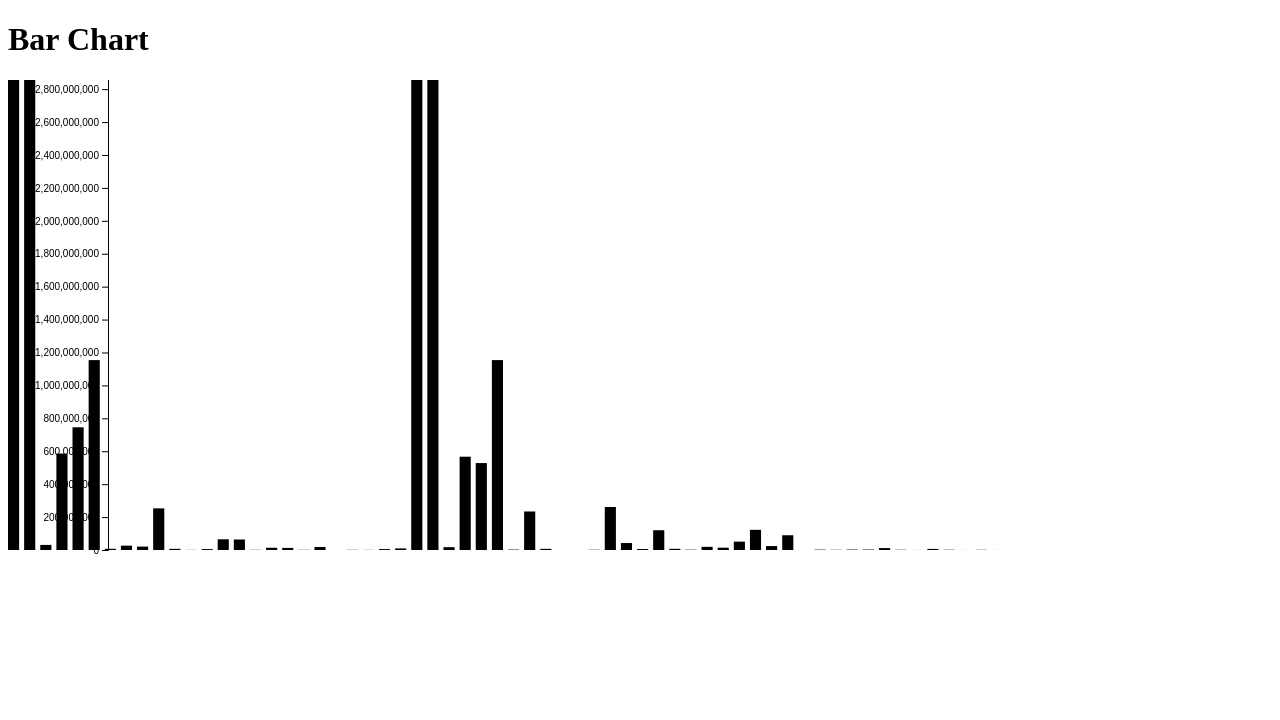
Repository: komalharjani/d3js-visualisation
Page: index.html
An editor plug-in stored every save of this project. The page is shown before and after the next save, followed by the edit.
The browser window is 1280 px wide. The pictures show the whole page.

Above is the page before, as saved 2020-04-29 18:28:13.

### index.html
<!DOCTYPE html>
<html lang="en">
<head>
    <meta charset="UTF-8">
    <meta name="viewport" content="width=device-width, initial-scale=1.0">
    <title>Information Visualisation Practical 3</title>
</head>
<body>
    <div id="barChart"></div>
    <h1>Bar Chart</h1>

</body>
<script src="https://d3js.org/d3.v5.min.js"></script>
<script src="index.js"></script>
</html>

### index.js

let dataPath = "data/energy.csv";
d3.csv(dataPath)
        .then(function (data) {

                let finals = [];

                //Filter Data into new object
                for (let i = 0; i < data.length; i++) {
                        if (data[i].region == "Combined" && data[i].year == 1990) {
                                finals.push({
                                        amount: parseInt(data[i].amount),
                                        type: data[i].type,
                                })
                        }
                }
                console.log(finals);

                let width = 1000;
                let height = 500;
                let margin = {
                        top: 20,
                        right: 20,
                        bottom: 20,
                        left: 50
                };
                let barwidth = (width / finals.length);

                //Append to HTML Document
                let svg = d3.select("body")
                        .append("svg")
                        .attr("height", height)
                        .attr("width", width);

                //Scales
                let xscale = d3.scaleLinear()
                        .domain([0, d3.max(finals, d => d.amount)])
                        .range([0, width]);

                let yscale = d3.scaleLinear()
                        .domain([0, d3.max(finals, d => d.amount)])
                        .range([height, 0]);

                // text scales
                // let yscale = d3.scaleBand()
                // .domain(data.map(d => d.type))
                // .range(0, width);

                //Axis

                let y_axis = d3.axisLeft()
                        .scale(yscale);

                svg.append("g")
                        .attr("transform", "translate(100,-30)")
                        .call(y_axis)


                //X Axis
                // let x_axis = d3.axisBottom()
                //         .scale(xscale);
                // let xAxisTranslate = height - 30;
                // svg.append("g")
                //         .attr("transform", "translate(100, " + xAxisTranslate + ")")
                //         .call(x_axis)

                //Barchart
                svg.selectAll("body") //add rectangles to all data
                        .data(finals) //provide finals as dataset
                        .enter()
                        .append("rect")
                        .attr("y", function (d) {
                                return height - xscale(d.amount);
                        })
                        .attr("height", function (d) {
                                return xscale(d.amount);
                        })
                        .attr("width", barwidth - 5)
                        .attr("transform", function (d, i) {
                                let translate = [barwidth * i,-30];
                                return "translate(" + translate + ")";
                        })
                        .attr("fill", 'black');

                // Barchart Text
                // let text = svg.selectAll("text")
                //         .data(finals)
                //         .enter()
                //         .append("text")
                //         .text(function (d) {
                //                 return d.amount;
                //         })
                //         .attr("y", function (d, i) {
                //                 return height - xscale(d.amount) - 2;
                //         })
                //         .attr("x", function (d, i) {
                //                 return barwidth * i - 30;
                //         })

        });

After the next save:
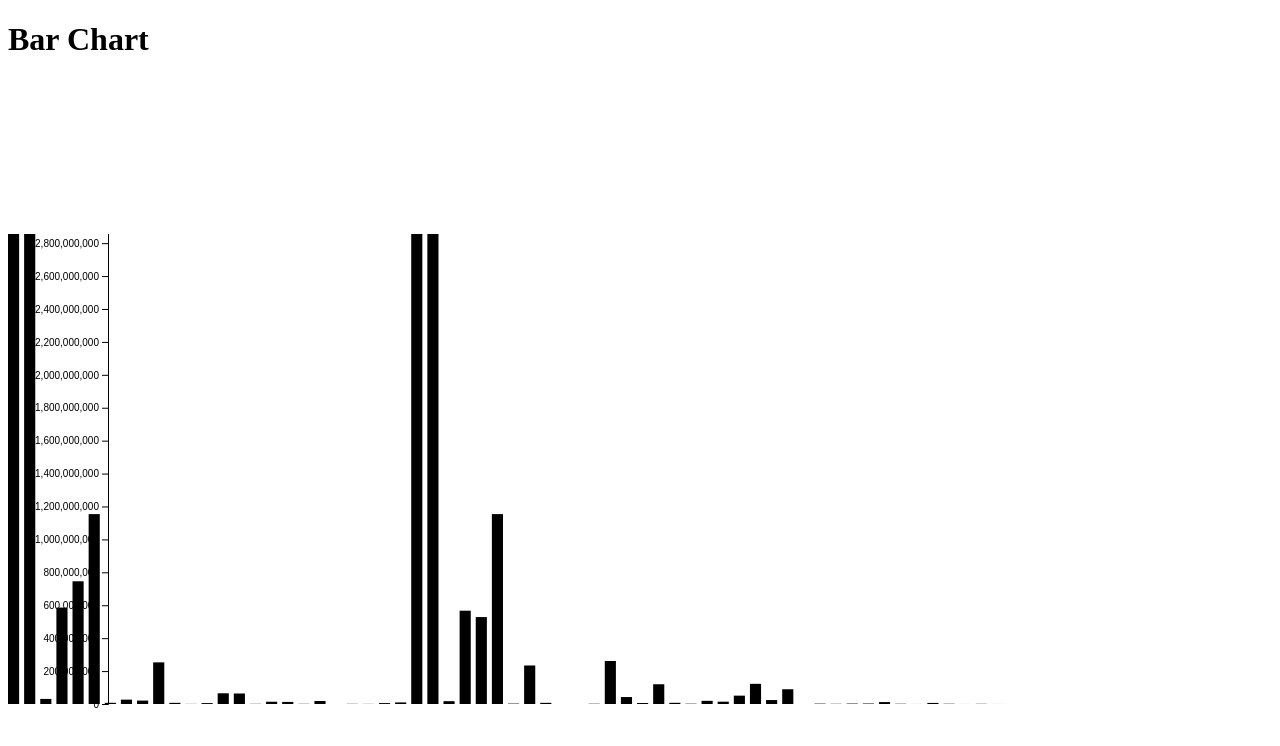
Saved 86 s later.
--- a/index.html
+++ b/index.html
@@ -8,7 +8,11 @@
 <body>
     <div id="barChart"></div>
     <h1>Bar Chart</h1>
-
+    <svg>
+        <g transform="translate(10,20)">
+            <rect x="30" y="40"></rect>
+        </g>
+    </svg>
 </body>
 <script src="https://d3js.org/d3.v5.min.js"></script>
 <script src="index.js"></script>

After the save that followed:
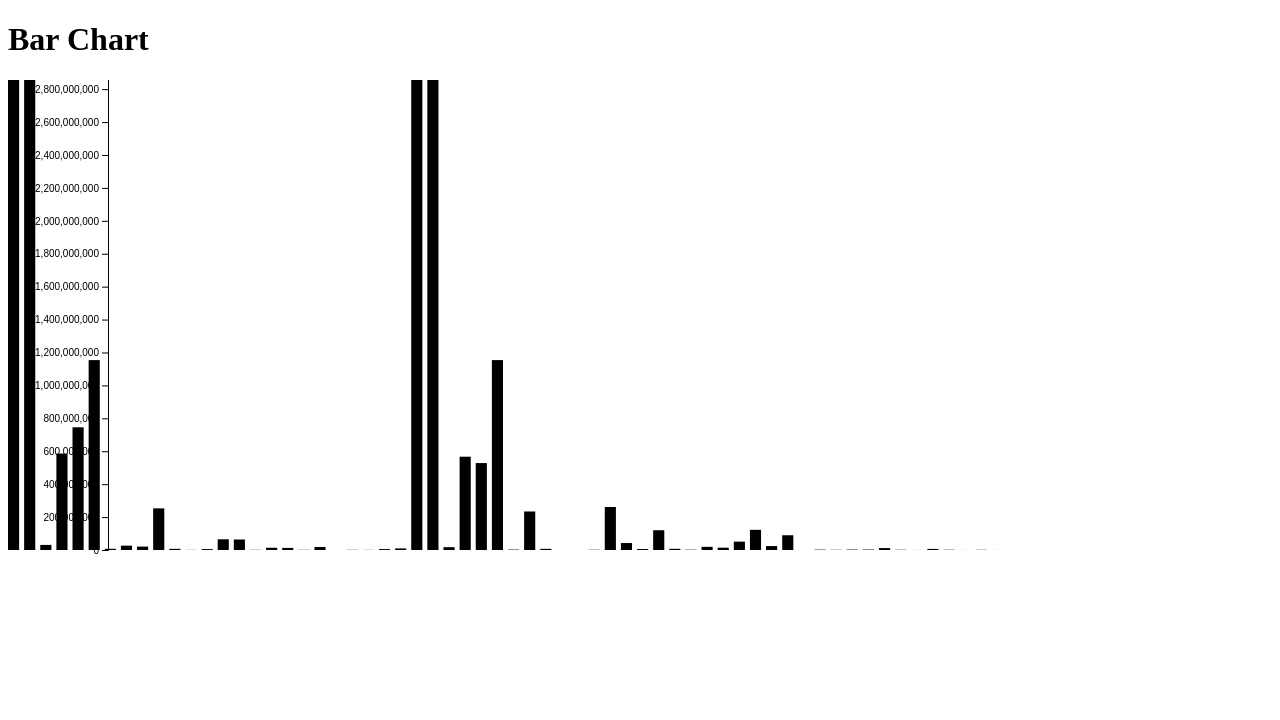
Saved 6 s later.
--- a/index.html
+++ b/index.html
@@ -8,11 +8,7 @@
 <body>
     <div id="barChart"></div>
     <h1>Bar Chart</h1>
-    <svg>
-        <g transform="translate(10,20)">
-            <rect x="30" y="40"></rect>
-        </g>
-    </svg>
+
 </body>
 <script src="https://d3js.org/d3.v5.min.js"></script>
 <script src="index.js"></script>
